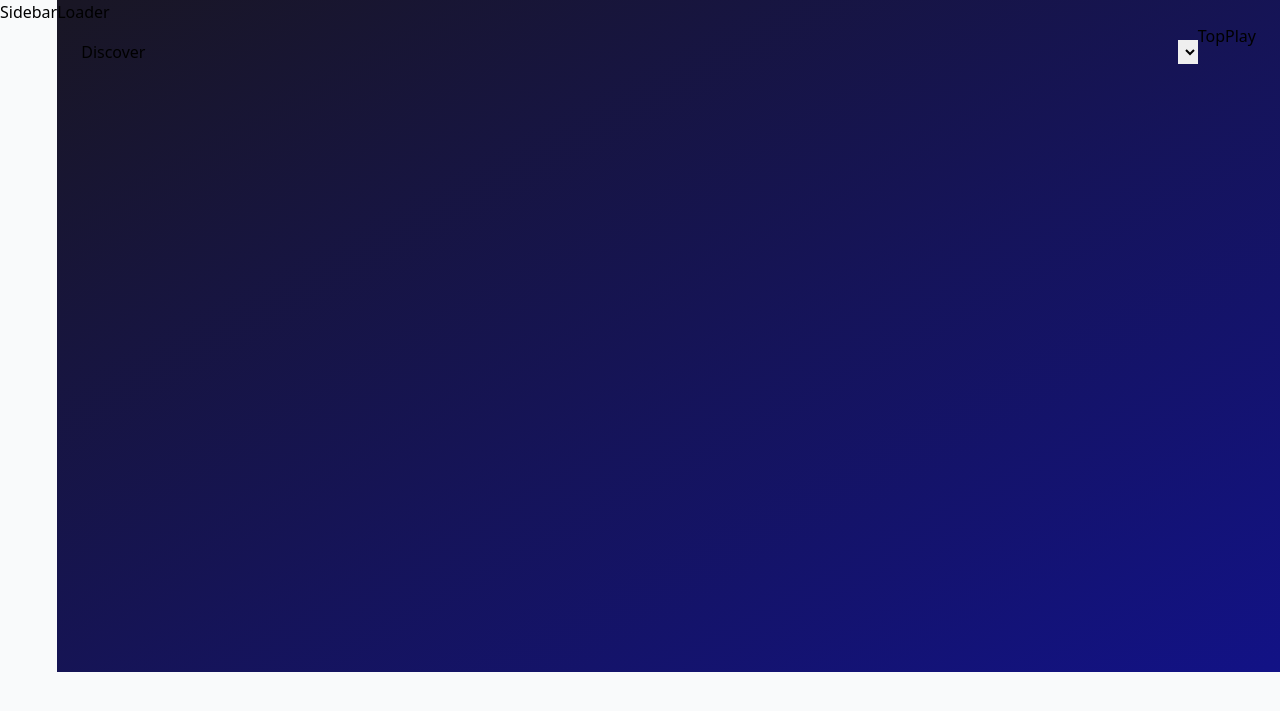
Repository: Chris24T/Dotify
Page: /
The author's editor kept a copy of each file at every save. The page is drawn from the files as they stood at one save, then again after the next save.
The browser window is 1280 px wide. The pictures show the whole page.
The project was rebuilt for these pictures with package versions that can differ from the ones it lists, and the page was loaded fresh each time. Also part of the build but not shown: vite.config.js, src/components/SongCard.jsx, src/components/ArtistCard.jsx, src/components/DetailsHeader.jsx, src/components/PlayPause.jsx, src/components/SongBar.jsx, src/components/RelatedSongs.jsx, src/components/MusicPlayer/Controls.jsx and 13 more.

Above is the page before, as saved 2022-12-03 20:32:56.

### src/redux/features/playerSlice.js
import { createSlice } from '@reduxjs/toolkit';

const initialState = {
  currentSongs: [],
  currentIndex: 0,
  isActive: false,
  isPlaying: false,
  activeSong: {},
  genreListId: '',
};

const playerSlice = createSlice({
  name: 'player',
  initialState,
  reducers: {
    setActiveSong: (state, action) => {
      state.activeSong = action.payload.song;

      if (action.payload?.data?.tracks?.hits) {
        state.currentSongs = action.payload.data.tracks.hits;
      } else if (action.payload?.data?.properties) {
        state.currentSongs = action.payload?.data?.tracks;
      } else {
        state.currentSongs = action.payload.data;
      }

      state.currentIndex = action.payload.i;
      state.isActive = true;
    },

    nextSong: (state, action) => {
      if (state.currentSongs[action.payload]?.track) {
        state.activeSong = state.currentSongs[action.payload]?.track;
      } else {
        state.activeSong = state.currentSongs[action.payload];
      }

      state.currentIndex = action.payload;
      state.isActive = true;
    },

    prevSong: (state, action) => {
      if (state.currentSongs[action.payload]?.track) {
        state.activeSong = state.currentSongs[action.payload]?.track;
      } else {
        state.activeSong = state.currentSongs[action.payload];
      }

      state.currentIndex = action.payload;
      state.isActive = true;
    },

    playPause: (state, action) => {
      state.isPlaying = action.payload;
    },

    selectGenreListId: (state, action) => {
      state.genreListId = action.payload;
    },
  },
});

export const { setActiveSong, nextSong, prevSong, playPause, selectGenreListId } = playerSlice.actions;

export default playerSlice.reducer;

### src/pages/Discover.jsx
import { Error, Loader, SongCard } from '../components';
import { genres } from '../assets/constants';

const Discover = () => {
  return (
    <div className="flex flex-col">
      <div className="w-full flex justify-between items-center sm:flex-row flex-col mt-4 mb-10">
        <h2>Discover</h2>
        <select></select>
      </div>
    </div>
  );
};

export default Discover;

### src/assets/constants.js
import { HiOutlineHashtag, HiOutlineHome, HiOutlinePhotograph, HiOutlineUserGroup } from 'react-icons/hi';

export const genres = [
  { title: 'Pop', value: 'POP' },
  { title: 'Hip-Hop', value: 'HIP_HOP_RAP' },
  { title: 'Dance', value: 'DANCE' },
  { title: 'Electronic', value: 'ELECTRONIC' },
  { title: 'Soul', value: 'SOUL_RNB' },
  { title: 'Alternative', value: 'ALTERNATIVE' },
  { title: 'Rock', value: 'ROCK' },
  { title: 'Latin', value: 'LATIN' },
  { title: 'Film', value: 'FILM_TV' },
  { title: 'Country', value: 'COUNTRY' },
  { title: 'Worldwide', value: 'WORLDWIDE' },
  { title: 'Reggae', value: 'REGGAE_DANCE_HALL' },
  { title: 'House', value: 'HOUSE' },
  { title: 'K-Pop', value: 'K_POP' },
];

export const links = [
  { name: 'Discover', to: '/', icon: HiOutlineHome },
  { name: 'Around You', to: '/around-you', icon: HiOutlinePhotograph },
  { name: 'Top Artists', to: '/top-artists', icon: HiOutlineUserGroup },
  { name: 'Top Charts', to: '/top-charts', icon: HiOutlineHashtag },
];

Loaded but not shown: index.html (common file); src/index.jsx (common file); src/index.css (common file); src/App.jsx (common file); src/redux/store.js (common file); src/components/index.js (common file); src/pages/index.js (common file); src/components/Sidebar.jsx (common file); src/components/Searchbar.jsx (common file); src/components/TopPlay.jsx (common file); tailwind.config.js (common file)

After the next save:
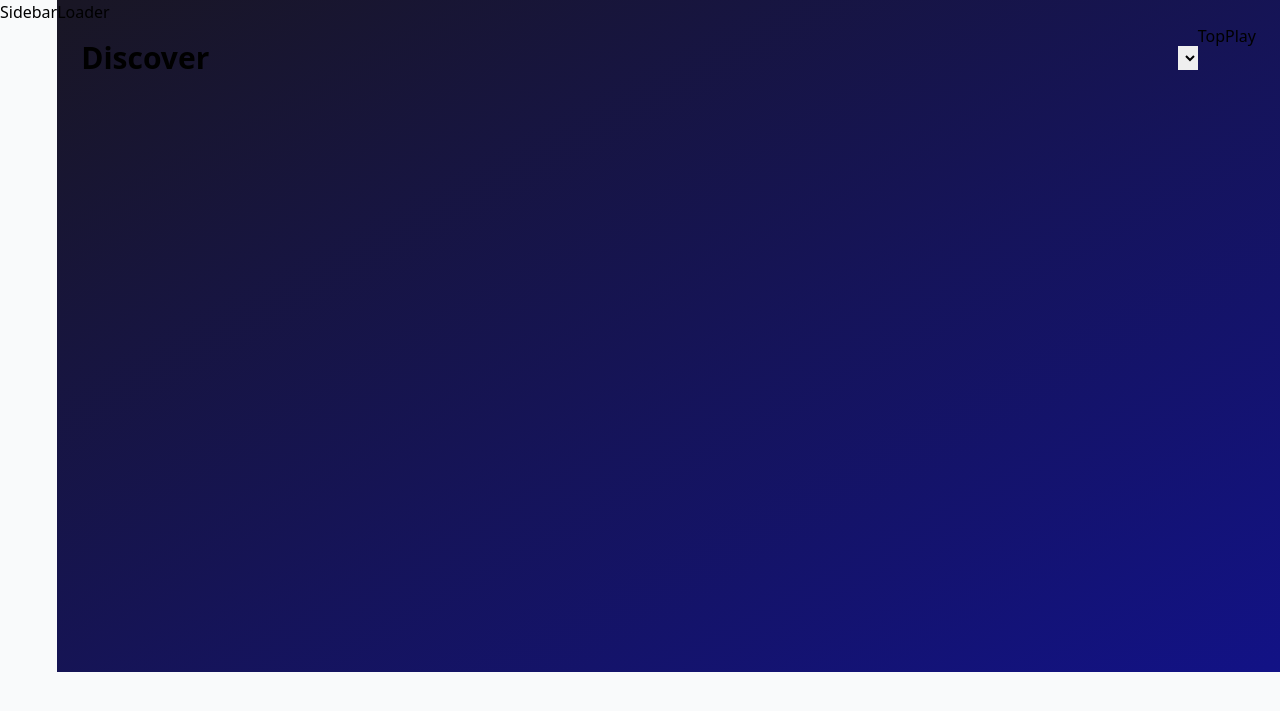
Saved 50 s later.
--- a/src/pages/Discover.jsx
+++ b/src/pages/Discover.jsx
@@ -5,7 +5,7 @@ const Discover = () => {
   return (
     <div className="flex flex-col">
       <div className="w-full flex justify-between items-center sm:flex-row flex-col mt-4 mb-10">
-        <h2>Discover</h2>
+        <h2 className="font-bold text-3xl">Discover</h2>
         <select></select>
       </div>
     </div>
